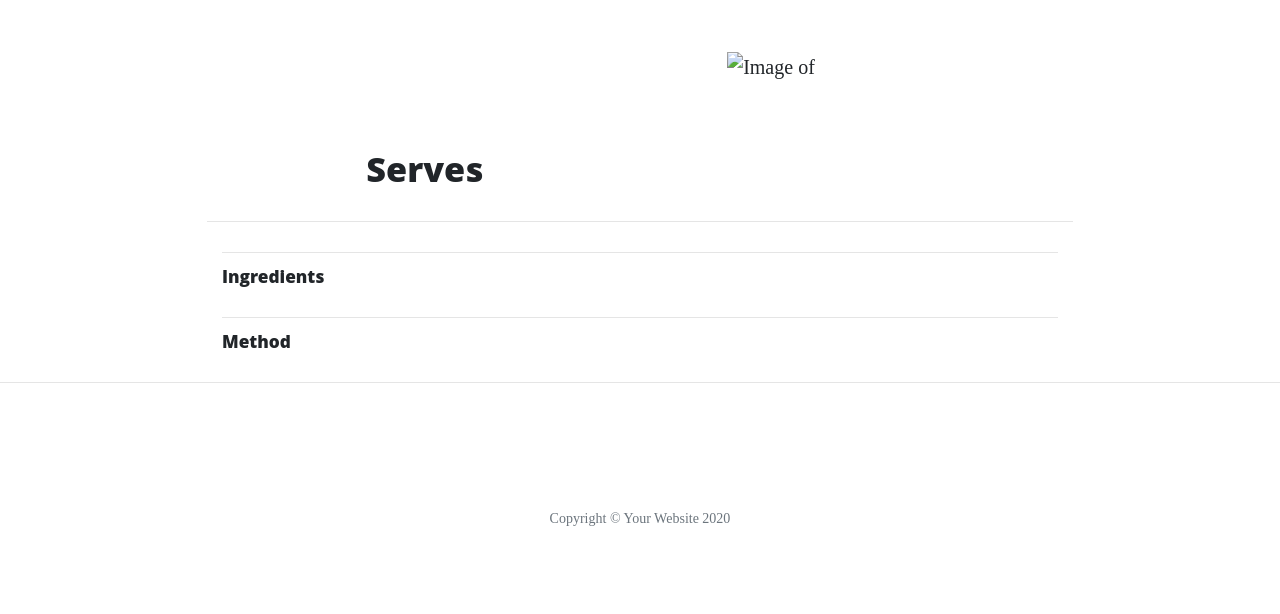
Repository: saffiya/cookbook
Page: templates/recipe.html
The author's editor kept a record of every edit. The page is drawn from the files as they stood at one moment, then again after the next edit.
The browser window is 1280 px wide. The pictures show the part of the page from y = 674 to 1288 px (the page is 1288 px tall).
The page is served by the project's application, run on Flask 3 (app.py). The template is opened directly, without the code that normally fills it, so the values that code supplies are empty.

Above is the page before.

After the next edit:
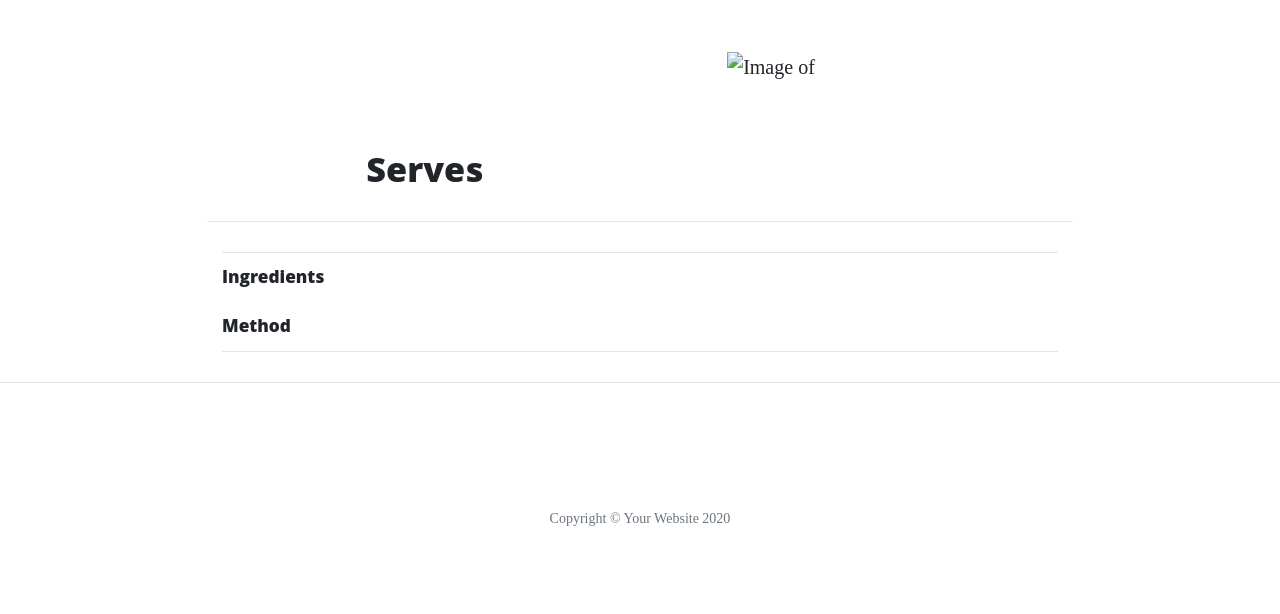
The edit:
--- a/templates/recipe.html
+++ b/templates/recipe.html
@@ -21,8 +21,8 @@
     <hr>
     <h6>Ingredients</h6>
     <p>{{ recipe.ingredients }}</p>
+    <h6>Method</h6>
     <hr>
-    <h6>Method</h6>
     <p>{{ recipe.method_one }}</p>
     <p>{{ recipe.method_two }}</p>
     <p>{{ recipe.method_three }}</p>
